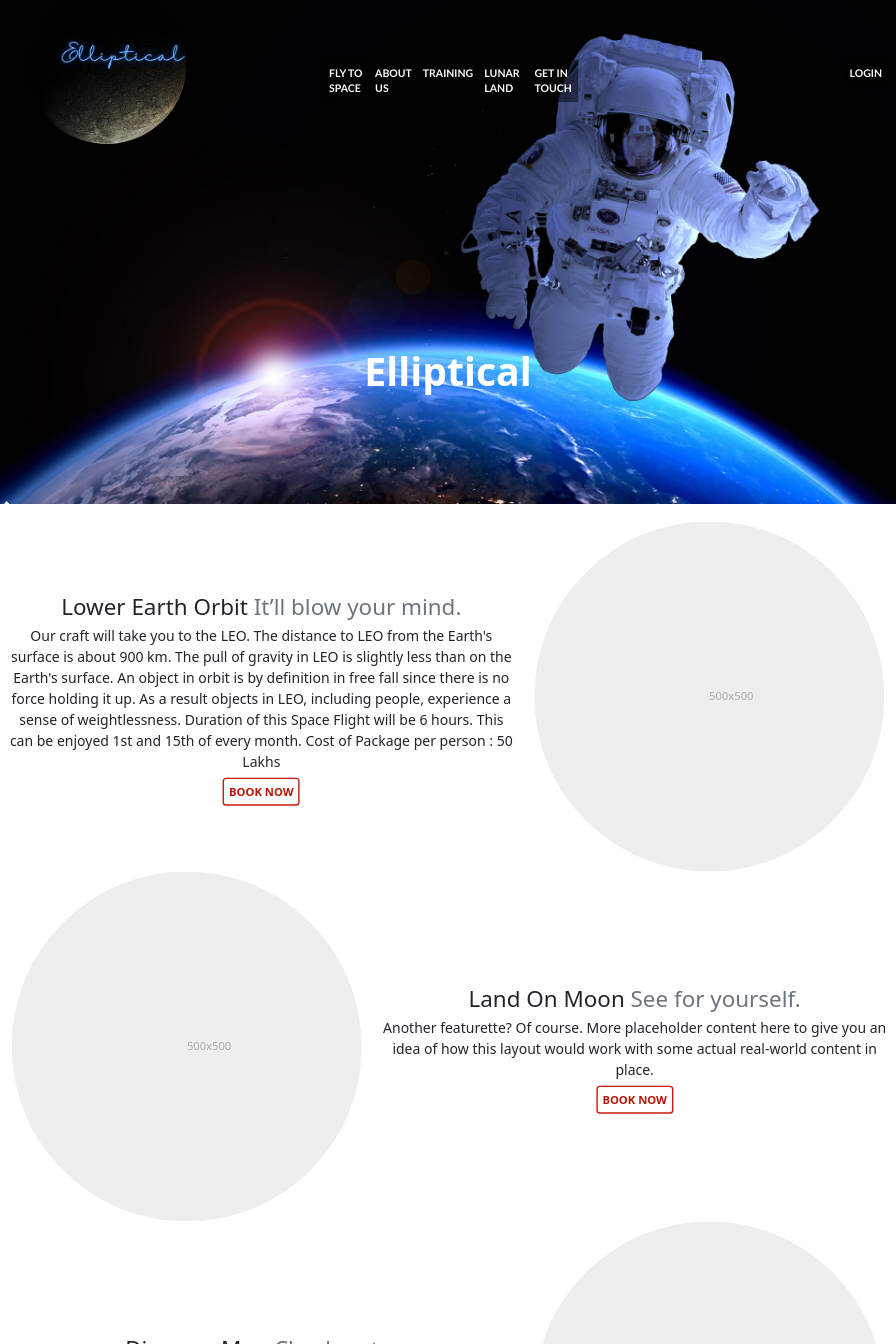
Repository: sarthakkathpalia/elliptical
Page: html/home.html
The author's editor kept a copy of each file at every save. The page is drawn from the files as they stood at one save, then again after the next save.
The browser window is 1280 px wide. The pictures show the part of the page from y = 0 to 1920 px (the page is 4287 px tall), at 70% of full size.
Some web libraries are served in a nearby version.

Above is the page before, as saved 2021-10-31 14:23:35.
Console error: ReferenceError: emailjs is not defined

After the next save:
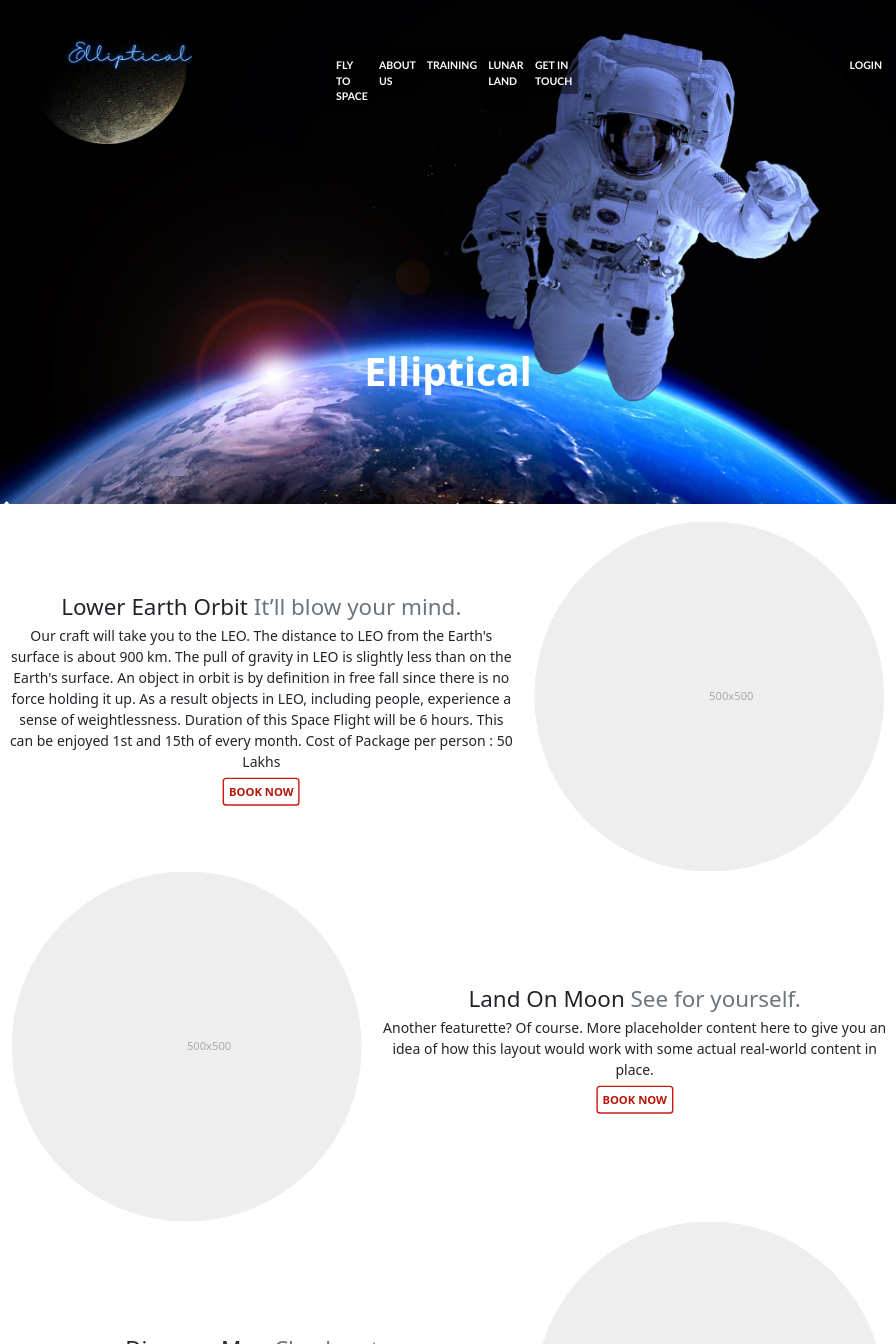
Saved 6 s later.
--- a/Css/home.css
+++ b/Css/home.css
@@ -7,7 +7,7 @@
 .logo{
     /* background-color: white; */
    /* margin: 0px; */
-   margin-left: 50px;
+   margin-left: 60px;
    margin-top: -70px;
 }
 .navbar-nav{
